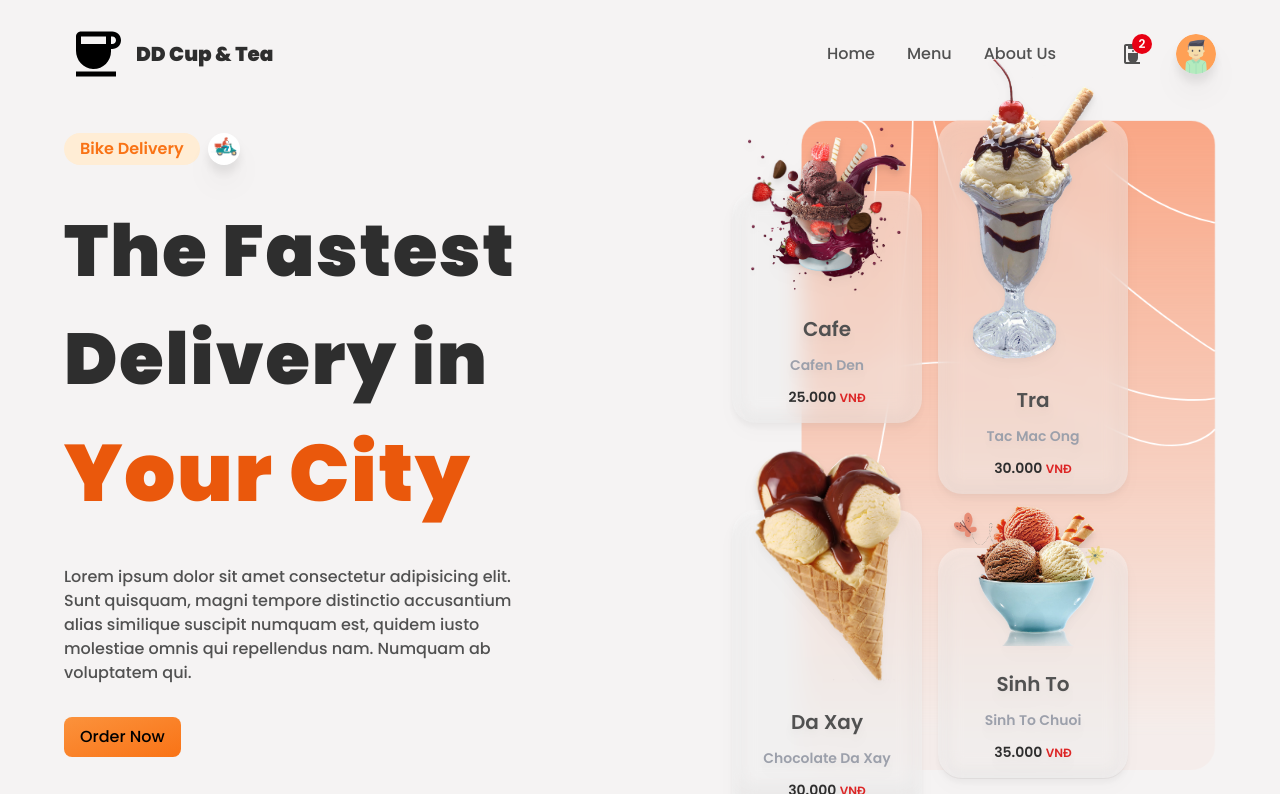
Repository: duongspm/ddcoffee
Page: /
An editor plug-in stored every save of this project. The page is shown before and after the next save, followed by the edit.
The browser window is 1280 px wide. The pictures show the whole page.
The project was rebuilt for these pictures with package versions that can differ from the ones it lists, and the page was loaded fresh each time. Also part of the build but not shown: src/App.css, src/components/CreateContainer.jsx.

Above is the page before, as saved 2022-07-12 20:07:15.

### src/index.js
import React from 'react';
import ReactDOM from 'react-dom/client';
import './index.css';
import App from './App';
import reportWebVitals from './reportWebVitals';

import { BrowserRouter as Router } from 'react-router-dom';

import { StateProvider } from './context/StateProvider';
import { initialState } from './context/initalState';
import reducer from './context/reducer';

const root = ReactDOM.createRoot(document.getElementById('root'));
root.render(
  <Router>
    <StateProvider initialState={initialState} reducer={reducer}>
      <App />
    </StateProvider>
  </Router>
  // <React.StrictMode>
  //   <App />
  // </React.StrictMode>
);

// If you want to start measuring performance in your app, pass a function
// to log results (for example: reportWebVitals(console.log))
// or send to an analytics endpoint. Learn more: https://bit.ly/CRA-vitals
reportWebVitals();

### src/index.css
/* body {
  margin: 0;
  font-family: -apple-system, BlinkMacSystemFont, 'Segoe UI', 'Roboto', 'Oxygen',
    'Ubuntu', 'Cantarell', 'Fira Sans', 'Droid Sans', 'Helvetica Neue',
    sans-serif;
  -webkit-font-smoothing: antialiased;
  -moz-osx-font-smoothing: grayscale;
}

code {
  font-family: source-code-pro, Menlo, Monaco, Consolas, 'Courier New',
    monospace;
} */

@import url(https://fonts.googleapis.com/css2?family=DM+Sans:ital,wght@0,400;0,500;1,400;1,500&family=Inter:wght@400;500;600&family=Mulish:wght@300&family=Nunito+Sans:wght@200&family=Playfair+Display:wght@700&family=Poppins:wght@500;600;900&family=Quicksand:wght@700&display=swap);
*{
  margin: 0;
  padding: 0;
  box-sizing: border-box;
}
body{
  font-family: 'Poppins', sans-serif, -apple-system, BlinkMacSystemFont, 'Segoe UI', 'Roboto', 'Oxygen',
  'Ubuntu', 'Cantarell', 'Fira Sans', 'Droid Sans', 'Helvetica Neue',
  sans-serif;
}
html, body{
  scroll-behavior: smooth;
  overflow-x: hidden; /*chống tràn*/
}
@tailwind base;
@tailwind components;
@tailwind utilities;

### src/App.js
import './App.css';
import {Route, Routes} from 'react-router-dom';
import MainContainer from './components/MainContainer';
import CreateContainer from './components/CreateContainer';
import { AnimatePresence } from 'framer-motion';

import { Header } from './components';

function App() {
  return (
    <AnimatePresence exitBeforeEnter>
      <div className="w-screen h-auto flex flex-col bg-primary">
        <Header/>
        <main className='mt-14 md:mt-24 px-4 md:px-16 py-4 w-full'>
          <Routes>
            <Route path='/*' element={<MainContainer/>}></Route>
            <Route path='/createItem' element={<CreateContainer/>}></Route>
          </Routes>
        </main>
      </div>
    </AnimatePresence>
  );
}

export default App;

### src/context/StateProvider.js
import React, {createContext, useContext, useReducer} from 'react';
export const StateContext = createContext();
export const StateProvider = ({reducer, initialState, children}) => (
    <StateContext.Provider value={useReducer(reducer, initialState)}>
        {children}
    </StateContext.Provider>
);

export const useStateValue = () => useContext(StateContext);

### src/context/initalState.js
import { fetchUser } from "../utils/fetchLocalStorageData"

const userInfo = fetchUser()

export const initialState = {
    user: null,
}

### src/context/reducer.js
export const actionType = {
    SET_USER: "SET_USER",
};

const reducer = (state, action) => {
    console.log(action);

    switch (action.type){
        case actionType.SET_USER:
            return {
                ...state,
                user: action.user,
            };

        default:
            return state;
    }
};

export default reducer;

### src/components/MainContainer.jsx
import React from 'react';
import HomeContainer from './HomeContainer';

const MainContainer = () => {
    return (
        <div className='w-full h-auto flex flex-col items-center justify-center'>
            <HomeContainer/>
        </div>
    );
};

export default MainContainer;

### src/components/index.js
export {default as Header} from './Header';
export {default as MainContainer} from './MainContainer';
export {default as CreateContainer} from './CreateContainer';
export {default as HomeContainer} from './HomeContainer';

### src/utils/fetchLocalStorageData.js
export const fetchUser = () => {
    const userInfo =
        localStorage.getItem("user") !== "undefined"
        ? JSON.parse(localStorage.getItem("user"))
        : localStorage.clear();
    return userInfo;
}

### src/components/HomeContainer.jsx
import React from 'react';
import delivery from '../assets/imgs/delivery.png';
import HeroBg from '../assets/imgs/heroBg.png';
import heroData from '../utils/data'

const HomeContainer = () => {
    return (
        <section id="home" className='grid grid-cols-1 md:grid-cols-2 gap-2 w-full'>
            <div className='py-2 flex flex-1 flex-col items-start  justify-center gap-8'>
                <div className='flex items-center gap-2 justify-center'>
                    <p className='text-base text-orange-500 font-semibold bg-orange-100 px-4 py-1 rounded-full'>Bike Delivery</p>
                    <div className='w-8 h-8 bg-white rounded-full overflow-hidden drop-shadow-xl'>
                        <img src={delivery} className="w-full h-full object-contain" alt="deli"/>
                    </div>
                </div>
                <p className='text-[2.5rem] font-bold tracking-wide text-headingColor lg:text-[4.5rem]'>The Fastest Delivery in <span className='text-orange-600 text-[3rem] lg:text-[5rem]'>Your City</span></p>
                <p className='text-base text-textColor text-center md:text-left md:w-[80%]'>Lorem ipsum dolor sit amet consectetur adipisicing elit. Sunt quisquam, magni tempore distinctio accusantium alias similique suscipit numquam est, quidem iusto molestiae omnis qui repellendus nam. Numquam ab voluptatem qui.</p>
                <button type='button' className='bg-gradient-to-br from-orange-400 to-orange-500 w-full px-4 py-2 rounded-lg hover:shadow-lg transition-all ease-in-out md:w-auto'>Order Now</button>
            </div>
            <div className='py-2 flex-1 flex items-center relative'>
                <img src={HeroBg} className="ml-auto h-420 w-full lg:w-auto lg:h-650" alt="hero-bg"/>

                <div className='w-full h-full absolute flex items-center justify-center top-0 left-0 px-12 py-2 gap-4 flex-wrap'>
                    {heroData && heroData.map(n => (
                        <div key={n.id} className='w-190 bg-cardOverlay backdrop-blur-md p-4 rounded-3xl flex flex-col items-center justify-center min-w-[190px] drop-shadow-lg'>
                        <img src={n.imageSrc} className='w-40 -mt-20' alt='i1'/>
                        <p className='text-xl font-semibold text-textColor mt-6'>{n.name}</p>
                        <p className='text-sm font-semibold text-lighttextGray my-3'>{n.decp}</p>
                        <p className='text-sm font-semibold text-headingColor'>{n.price} <span className='text-xs text-red-600'>VNĐ</span></p>
                    </div>
                    ))}
                </div>
            </div>
        </section>
    );
};

export default HomeContainer;

### src/components/Header.jsx
import React, { useState } from 'react';
import {motion} from "framer-motion";
import {Link} from 'react-router-dom';
import {MdCoffee} from 'react-icons/md';
import {MdCoffeeMaker, MdAdd, MdLogout, MdAccountCircle} from 'react-icons/md';
//import Logo from '../assets/imgs/logo-dendo-cocaybua.png';
import Avatar from '../assets/imgs/avatar.png';
import { getAuth, signInWithPopup, GoogleAuthProvider } from "firebase/auth";
import { app } from '../firebase.config';
import { useStateValue } from '../context/StateProvider';
import { actionType } from '../context/reducer';

const Header = () => {
    const firebaseAuth = getAuth(app);
    const provider = new GoogleAuthProvider();

    const [{user}, dispatch] = useStateValue()

    const [isMenu, setIsMenu] = useState(false);

    const login = async () => {
        //đăng nhập rồi click vô avt k hiện đăng nhập nữa
        if(!user)
        {
            const {user: {refreshToken, providerData}} = await signInWithPopup(firebaseAuth, provider);
            dispatch({
                type : actionType.SET_USER,
                user : providerData[0],
            });
            localStorage.setItem("user", JSON.stringify(providerData[0]))
        }else{
            setIsMenu(!isMenu);
        }
    };
    const logout = () => {
        setIsMenu(false);
        localStorage.clear();
        dispatch({
            type: actionType.SET_USER,
            user: null,
        });
    }

    return (
        <header className='fixed z-50 w-screen p-3 px-4 md:p-6 md:px-16'>
            {/* desktop */}
            <div className='hidden md:flex w-full h-full items-center justify-between'>
                <Link to={"/"} className='flex items-center gap-2'>
                    {/* <img src={Logo} className="w-16 object-cover" alt="Logo nef"/> */}
                    <MdCoffee className='w-16 object-cover cursor-pointer text-6xl hover:text-cartNumBg'></MdCoffee>
                    <motion.p whileTap={{scale: 0.6}}  className='text-headingColor text-xl font-bold'>DD Cup & Tea</motion.p>
                </Link>
                <div className='flex items-center gap-8'> {/* bo ra ngoai div nay thi no se nam giua */}
                    <motion.ul
                        initial={{opacity: 0, x: 200}}
                        animate={{opacity: 1, x: 0}}
                        exit={{opacity: 0, x: 200}}
                        className="flex items-center gap-8 ">
                        <li className='text-base text-textColor hover:text-cartNumBg duration-100 transition-all ease-in-out cursor-pointer'>Home</li>
                        <li className='text-base text-textColor hover:text-cartNumBg duration-100 transition-all ease-in-out cursor-pointer'>Menu</li>
                        <li className='text-base text-textColor hover:text-cartNumBg duration-100 transition-all ease-in-out cursor-pointer'>About Us</li>
                    </motion.ul>
                    <div className='relative flex items-center justify-center'>
                        <MdCoffeeMaker className='text-textColor text-2xl ml-8 cursor-pointer'></MdCoffeeMaker>
                        <div className='absolute -top-2 -right-2 w-5 h-5 rounded-full bg-cartNumBg flex items-center justify-center'>
                            <p className='text-xs text-white font-semibold'>2</p>
                        </div>
                    </div>
                    <div className='relative'>
                        <motion.img whileTap={{scale: 0.6}} className='w-10 min-w-[40px] h-10 min-h-[40px] drop-shadow-xl rounded-full' src={user ? user.photoURL : Avatar} alt="avata nguoi dung"
                        onClick={login}/>
                        {/* Menu In4 */}
                        {
                            isMenu &&
                            (
                                <motion.div
                                    initial={{opacity: 0, scale: 0.6}}
                                    animate={{opacity: 1, scale: 1}}
                                    exit={{opacity: 0, scale: 0.6}}
                                    className='w-40 bg-gray-50 shadow-xl rounded-lg absolute flex flex-col top-12 right-0'>
                                    {
                                        user && user.email === "tranvanduong10a22016bb@gmail.com" && (
                                            <Link to={'/createItem'}>
                                                <p className='px-4 py-2 flex items-center gap-3 cursor-pointer hover:bg-slate-100 transition-all duration-100 ease-in-out text-textColor text-base '><MdAdd/> New Item </p>
                                            </Link>
                                        )
                                    }
                                    <Link to={'/info'}>
                                        <p className='px-4 py-2 flex items-center gap-3 cursor-pointer hover:bg-slate-100 transition-all duration-100 ease-in-out text-textColor text-base'><MdAccountCircle/>{user ? user.displayName : 'In4'} </p>
                                    </Link>
                                    <hr/>
                                    <p className='px-4 py-2 flex items-center gap-3 cursor-pointer hover:bg-slate-100 transition-all duration-100 ease-in-out text-textColor text-base' onClick={logout}><MdLogout/> Logout </p>
                                </motion.div>
                            )
                        }
                        {/* End Menu In4 */}
                    </div>
                </div>
            </div>
            {/* mobile */}
            <div className='flex items-center justify-between md:hidden w-full h-full'>
                <div className='relative flex items-center justify-center'>
                    <MdCoffeeMaker className='text-textColor text-2xl ml-8 cursor-pointer'></MdCoffeeMaker>
                    <div className='absolute -top-2 -right-2 w-5 h-5 rounded-full bg-cartNumBg flex items-center justify-center'>
                        <p className='text-xs text-white font-semibold'>2</p>
                    </div>
                </div>
                <Link to={"/"} className='flex items-center gap-2'>
                    {/* <img src={Logo} className="w-16 object-cover" alt="Logo nef"/> */}
                    <MdCoffee className='w-16 object-cover cursor-pointer text-6xl hover:text-cartNumBg'></MdCoffee>
                    <motion.p whileTap={{scale: 0.6}}  className='text-headingColor text-xl font-bold'>DD Cup & Tea</motion.p>
                </Link>

                <div className='relative'>
                        <motion.img whileTap={{scale: 0.6}} className='w-10 min-w-[40px] h-10 min-h-[40px] drop-shadow-xl rounded-full' src={user ? user.photoURL : Avatar} alt="avata nguoi dung"
                        onClick={login}/>
                        {/* Menu In4 */}
                        {
                            isMenu &&
                            (
                                <motion.div
                                    initial={{opacity: 0, scale: 0.6}}
                                    animate={{opacity: 1, scale: 1}}
                                    exit={{opacity: 0, scale: 0.6}}
                                    className='w-40 bg-gray-50 shadow-xl rounded-lg absolute flex flex-col top-12 right-0'>
                                    {
                                        user && user.email === "tranvanduong10a22016bb@gmail.com" && (
                                            <Link to={'/createItem'}>
                                                <p className='px-4 py-2 flex items-center gap-3 cursor-pointer hover:bg-slate-100 transition-all duration-100 ease-in-out text-textColor text-base justify-center'><MdAdd/> New Item </p>
                                            </Link>
                                        )
                                    }
                                    <ul className="flex flex-col">
                                        <li className='text-base text-textColor hover:text-cartNumBg duration-100 transition-all ease-in-out cursor-pointer hover:bg-slate-100 px-4 py-2'>Home</li>
                                        <li className='text-base text-textColor hover:text-cartNumBg duration-100 transition-all ease-in-out cursor-pointer hover:bg-slate-100 px-4 py-2'>Menu</li>
                                        <li className='text-base text-textColor hover:text-cartNumBg duration-100 transition-all ease-in-out cursor-pointer hover:bg-slate-100 px-4 py-2'>About Us</li>
                                    </ul>
                                    <hr/>
                                    <Link to={'/info'}>
                                        <p className='px-4 py-2 flex items-center gap-3 cursor-pointer hover:bg-slate-100 transition-all duration-100 ease-in-out text-textColor text-base justify-center'><MdAccountCircle/> In4 </p>
                                    </Link>
                                    <hr/>
                                    <p className='m-2 p-2 rounded-md shadow-md flex items-center gap-3 cursor-pointer hover:bg-slate-300 transition-all duration-100 ease-in-out text-textColor text-base justify-center bg-gray-200 ' onClick={logout}><MdLogout/> Logout </p>
                                </motion.div>
                            )
                        }
                        {/* End Menu In4 */}
                    </div>
            </div>
        </header>
    );
};

export default Header;

### src/utils/data.js
import I1 from '../assets/imgs/i1.png';
import I2 from '../assets/imgs/i2.png';
import I3 from '../assets/imgs/i3.png';
import I4 from '../assets/imgs/i4.png';
const heropData = [
    {id : 1, name: 'Cafe', decp : 'Cafen Den', price : '25.000', imageSrc : I1},
    {id : 2, name: 'Tra', decp : 'Tac Mac Ong', price : '30.000', imageSrc : I2},
    {id : 3, name: 'Da Xay', decp : 'Chocolate Da Xay', price : '30.000', imageSrc : I3},
    {id : 4, name: 'Sinh To', decp : 'Sinh To Chuoi', price : '35.000', imageSrc : I4},
]
export default heropData;

### src/firebase.config.js
import {getApp, getApps, initializeApp} from 'firebase/app';
import {getFirestore} from 'firebase/firestore';
import {getStorage} from 'firebase/storage';

const firebaseConfig = {
    apiKey : "AIzaSyAiraH4JLA5tCdJ0jHuDoW_0qsknKtMiQc" ,
    authDomain : "ddcoffee-35878.firebaseapp.com" ,
    databaseURL : "https://ddcoffee-35878-default-rtdb.firebaseio.com" ,
    projectId : "ddcoffee-35878" ,
    storageBucket : "ddcoffee-35878.appspot.com" ,
    messagingSenderId : "404922796023" ,
    appId : "1:404922796023:web:4717a230c36f3a24a4d0f2"
    };

    const app = getApps.length > 0 ? getApp() : initializeApp(firebaseConfig);

    const firestore = getFirestore(app);
    const storage = getStorage(app);

    export {app, firestore, storage};

### tailwind.config.js
/** @type {import('tailwindcss').Config} */
module.exports = {
  content: [
    "./src/**/*.{js,jsx,ts,tsx}",
  ],
  theme: {
    extend: {
      margin: {
        320: "320px",
      },
      width: {
        150: "150px",
        190: "190px",
        225: "225px",
        275: "275px",
        300: "300px",
        340: "340px",
        350: "350px",
        375: "375px",
        460: "460px",
        656: "656px",
        880: "880px",
        508: "508px",
      },
      height: {
        80: "80px",
        150: "150px",
        225: "225px",
        300: "300px",
        340: "340px",
        370: "370px",
        420: "420px",
        510: "510px",
        600: "600px",
        650: "650px",
        685: "685px",
        800: "800px",
        "90vh": "90vh",
      },
      minWidth: {
        210: "210px",
        350: "350px",
        620: "620px",
      },
      colors: {
        headingColor:"#2e2e2e",
        textColor:"#515151",
        cartNumBg:"#e80013",
        primary:"#f5f3f3",
        // textColor: "#101010",
        // activeText: "#D6230A",
        gradientBg: "rgba(116, 249, 105,0.4)",
        // whiteAlpha: "rgba(255,255,255,0.2)",
        // cardColor: "#f5f5f5",
        // cartBg: "#282a2c",
        // cartItem: "#2e3033",
        // cartTotal: "#343739",
        cardOverlay: "rgba(256,256,256,0.4)",
        lighttextGray:"#9ca0ab",
      },
      screens: {
        sm: "640px",
        md: "768px",
        lg: "1024px",
        xl: "1280px",
        "2xl": "1536px",
      },
    },
  },
  plugins: [],
}

Loaded but not shown: public/index.html (common file); src/reportWebVitals.js (common file)

After the next save:
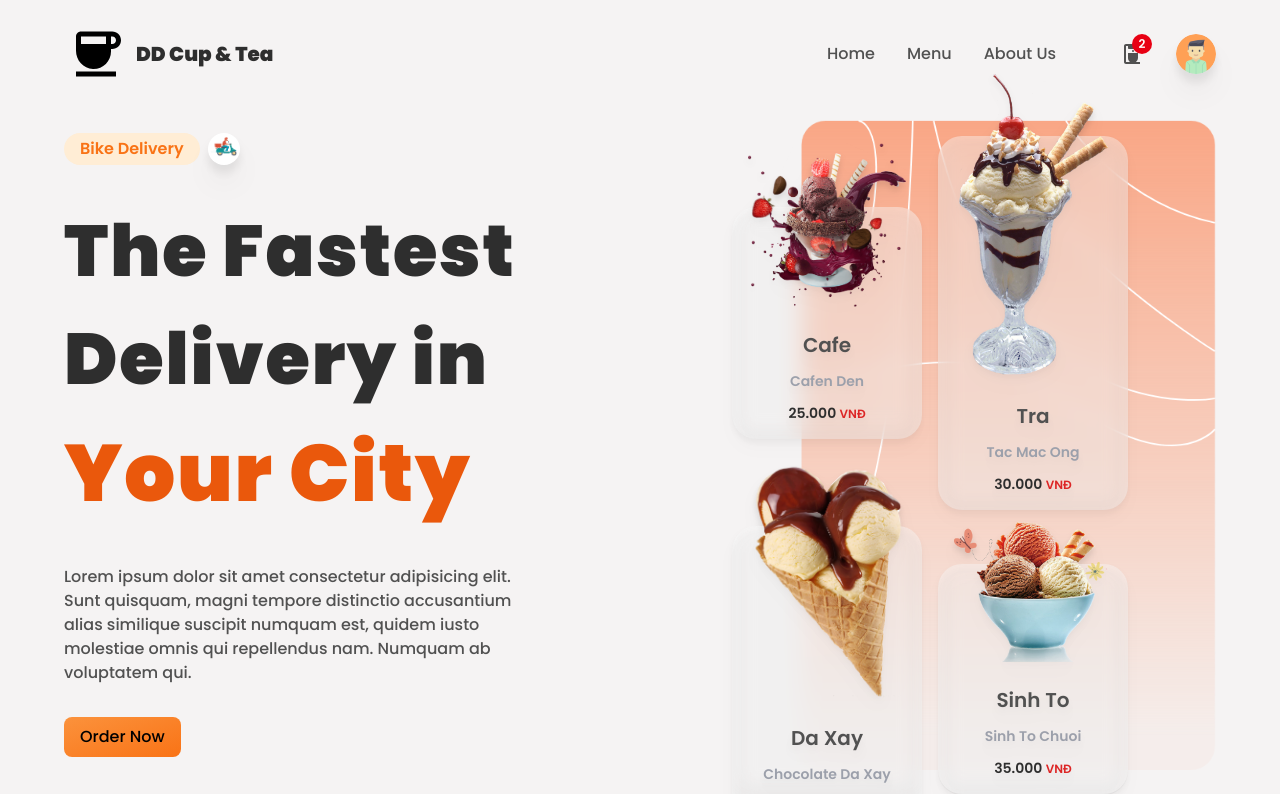
Saved 9 s later.
--- a/src/components/HomeContainer.jsx
+++ b/src/components/HomeContainer.jsx
@@ -20,7 +20,7 @@ const HomeContainer = () => {
             <div className='py-2 flex-1 flex items-center relative'>
                 <img src={HeroBg} className="ml-auto h-420 w-full lg:w-auto lg:h-650" alt="hero-bg"/>
 
-                <div className='w-full h-full absolute flex items-center justify-center top-0 left-0 px-12 py-2 gap-4 flex-wrap'>
+                <div className='w-full h-full absolute flex items-center justify-center top-0 left-0 px-12 py-6 gap-4 flex-wrap'>
                     {heroData && heroData.map(n => (
                         <div key={n.id} className='w-190 bg-cardOverlay backdrop-blur-md p-4 rounded-3xl flex flex-col items-center justify-center min-w-[190px] drop-shadow-lg'>
                         <img src={n.imageSrc} className='w-40 -mt-20' alt='i1'/>
